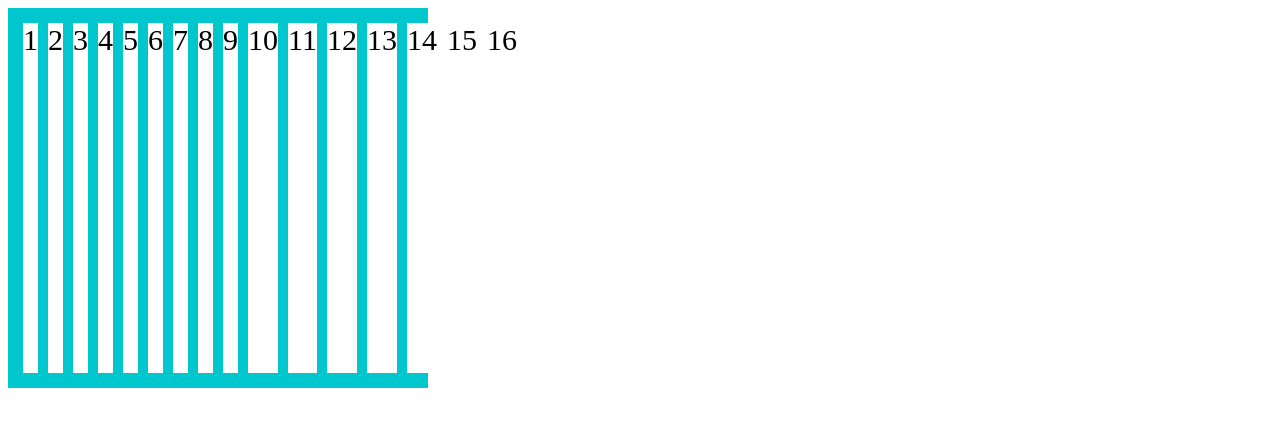
Repository: yuu2310/dmm-webcamp
Page: flex/flex.html
The author's editor kept a record of every edit. The page is drawn from the files as they stood at one moment, then again after the next edit.
The browser window is 1280 px wide. The pictures show the whole page.

Above is the page before.

After the next edit:
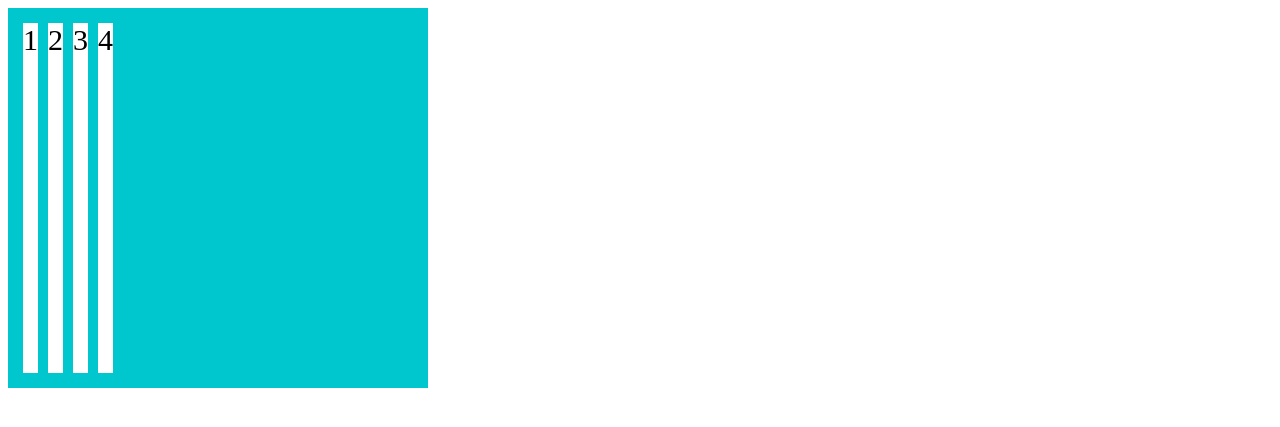
The edit:
--- a/flex/flex.html
+++ b/flex/flex.html
@@ -11,18 +11,6 @@
       <div>2</div>
       <div>3</div>
       <div>4</div>
-      <div>5</div>
-      <div>6</div>
-      <div>7</div>
-      <div>8</div>
-      <div>9</div>
-      <div>10</div>
-      <div>11</div>
-      <div>12</div>
-       <div>13</div>
-      <div>14</div>
-      <div>15</div>
-      <div>16</div>
     </div>
   </body>
 </html>
